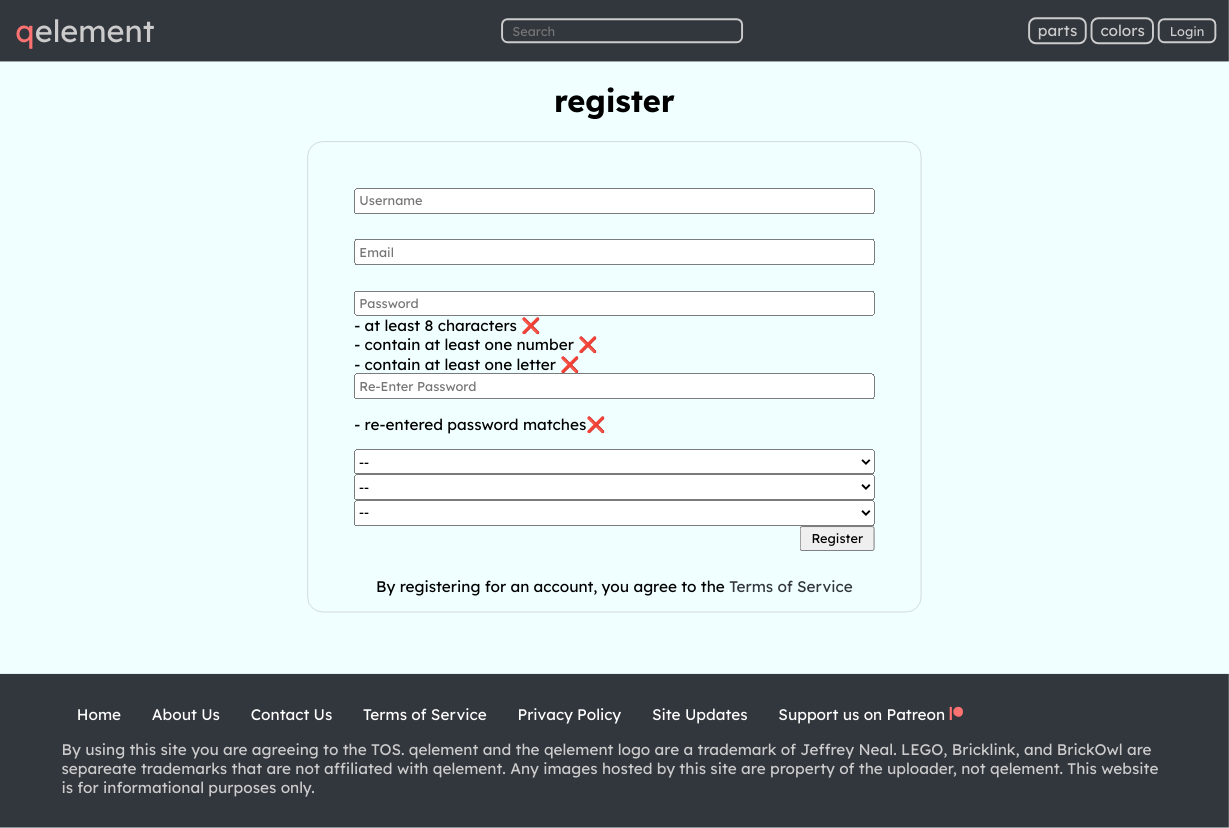
Repository: ToastBubbles/qelement-web
Page: /register
These files come from the project's save history. The page is drawn as it stood at one moment and after a run of saves; the edit follows.
The browser window is 1280 px wide. The pictures show the whole page, at 96% of full size.
The project was rebuilt for these pictures with package versions that can differ from the ones it lists, and the page was loaded fresh each time. Also part of the build but not shown: vite.config.ts, src/components/NavbarPopdown.tsx, src/components/ProtectedRoute.tsx, src/components/AllColors.tsx, src/views/colors/AllColorsView.tsx, src/components/LoadingPage.tsx, src/components/RecentQPart.tsx, src/components/AllColorParts.tsx and 61 more.

Above is the page before, as saved 2023-11-09 09:44:14.

After the next 2 saves:
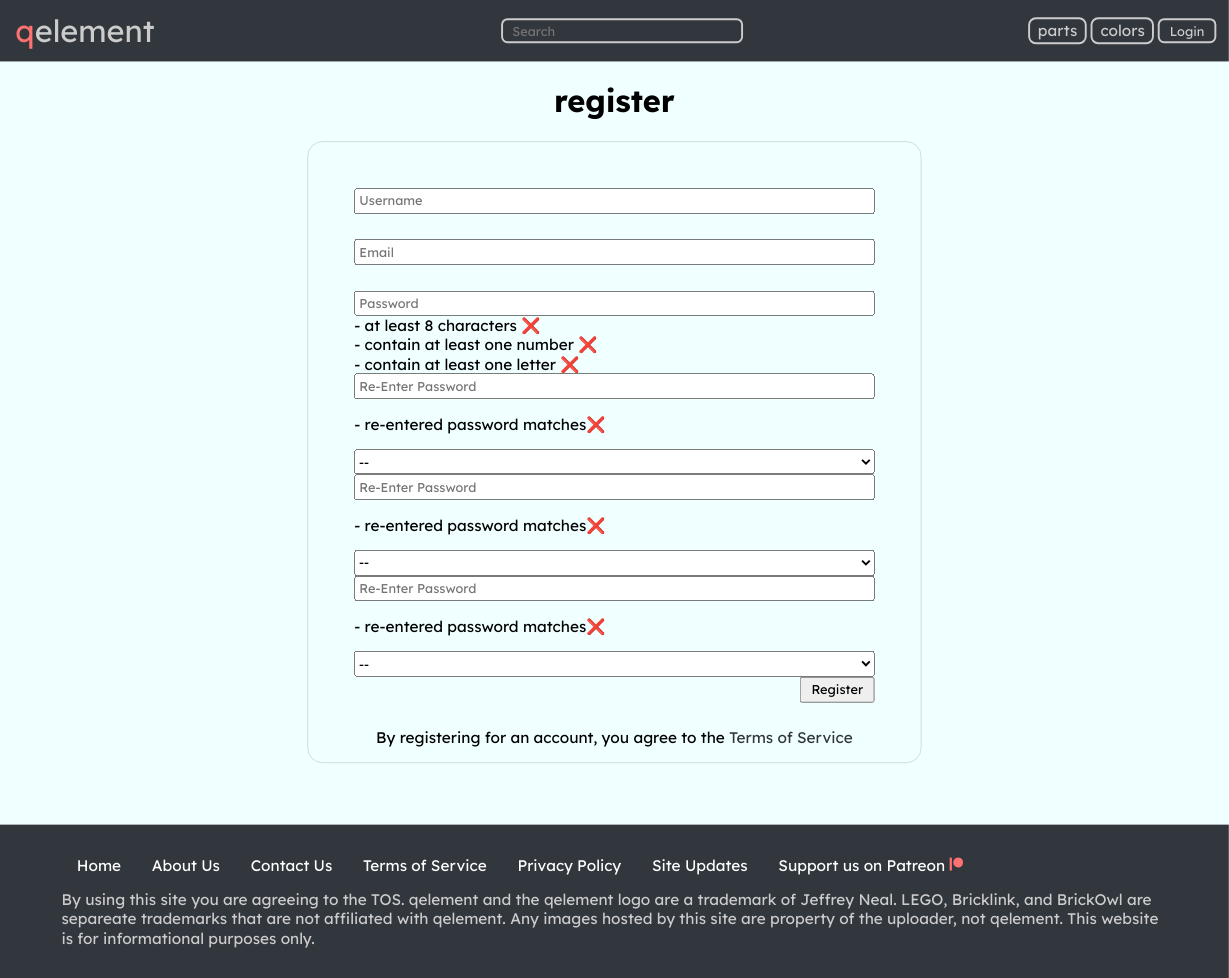
The 2 saves are shown as one change because they came seconds apart.
The last was saved 43 s later.
--- a/src/views/generic/Register.tsx
+++ b/src/views/generic/Register.tsx
@@ -179,6 +179,16 @@ export default function Register() {
                       </option>
                     ))} */}
           </select>
+          <input
+            id="repassword-reg"
+            placeholder="Re-Enter Password"
+            type="password"
+            onChange={(e) => setPassMatch(e.target.value)}
+          />
+          <p>
+            - re-entered password matches
+            {passMatch == newUser.password ? "✔️" : "❌"}
+          </p>
           <select
             name="q2"
             id="q2"
@@ -198,6 +208,16 @@ export default function Register() {
                       </option>
                     ))} */}
           </select>
+          <input
+            id="repassword-reg"
+            placeholder="Re-Enter Password"
+            type="password"
+            onChange={(e) => setPassMatch(e.target.value)}
+          />
+          <p>
+            - re-entered password matches
+            {passMatch == newUser.password ? "✔️" : "❌"}
+          </p>
           <select
             name="q2"
             id="q2"
